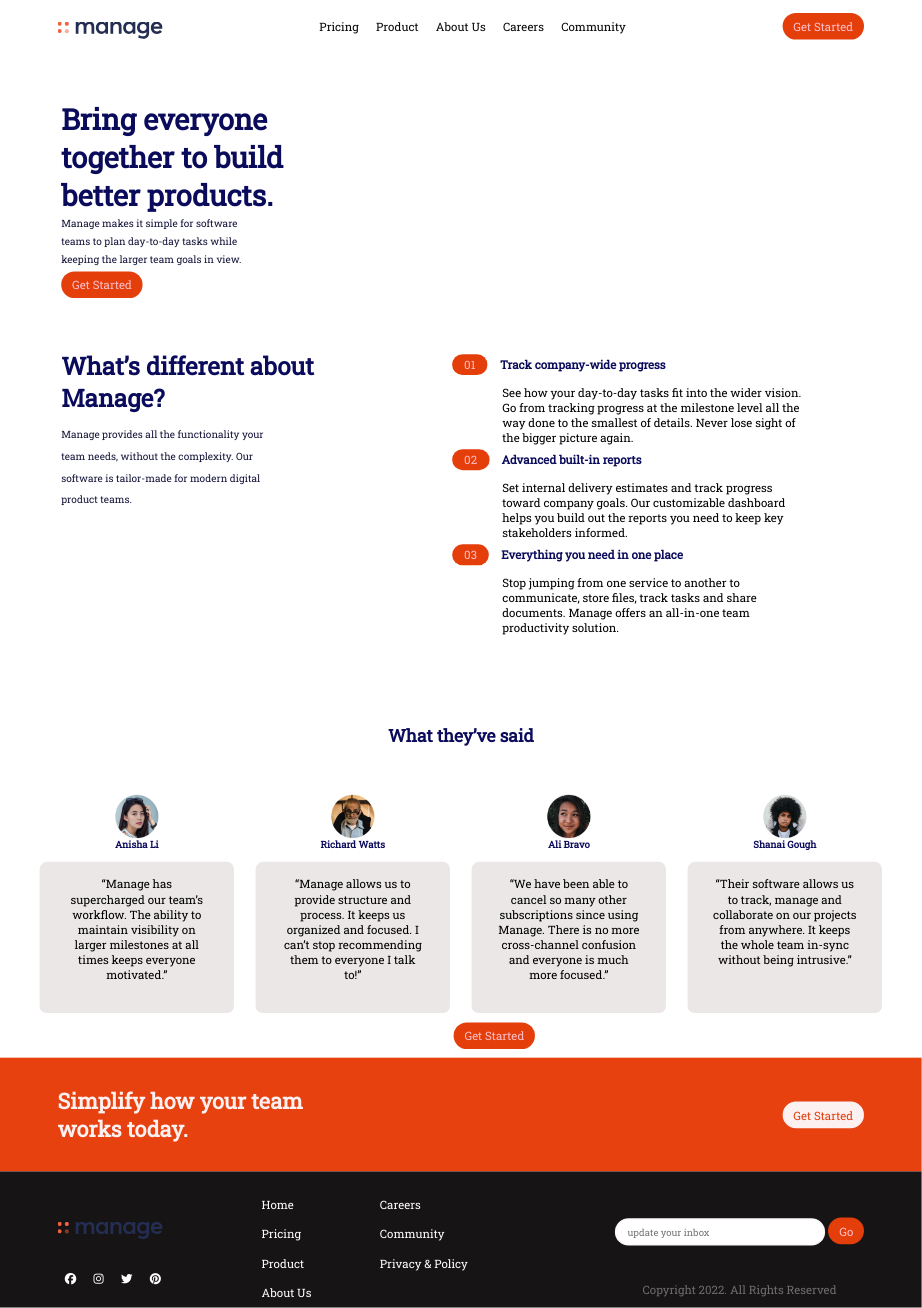
Repository: Gozo101/Black-Skin-Brother
Page: Nov-Dec Projects/manage-landing-page-master/manage-landing-page-master/index.html
The author's editor kept a copy of each file at every save. The page is drawn from the files as they stood at one save, then again after the next save.
The browser window is 1280 px wide. The pictures show the whole page, at 72% of full size.
Some web libraries are served in a nearby version.

Above is the page before, as saved 2024-01-11 11:40:13.

### Nov-Dec Projects/manage-landing-page-master/manage-landing-page-master/index.html
<!DOCTYPE html>
<html lang="en">
<head>
  <meta charset="UTF-8">
  <meta http-equiv="X-UA-Compatible" content="IE=edge">
  <meta name="viewport" content="width=device-width, initial-scale=1.0">
  <script src="https://kit.fontawesome.com/8655d38ad2.js" crossorigin="anonymous"></script>
  <link rel="preconnect" href="https://fonts.googleapis.com">
<link rel="preconnect" href="https://fonts.gstatic.com" crossorigin>
<link href="https://fonts.googleapis.com/css2?family=Nunito&family=Poppins&family=Roboto+Slab&display=swap" rel="stylesheet">
<link rel="stylesheet" href="/manage-landing-page-master/style.css">
<title>Frontend Mentor | Manage landing page</title>
</head>
<body>

  <div class="body">

    <nav>
      <div class="logo">
        <img src="./images/logo.svg" alt="" style="padding-top: 15px; cursor: pointer;">
      </div>

      <ul>
        <li><a href="#">Pricing</a></li>
        <li><a href="#">Product</a></li>
        <li><a href="#">About Us</a></li>
        <li><a href="#">Careers</a></li>
        <li><a href="#">Community</a></li>
      </ul>

      <a class="button" href="#">Get Started</a>
    </nav>

    <div class="statistics">
      <h3>Bring everyone<br>together to build<br>better products.</h3>
      <p>Manage makes it simple for software teams to plan day-to-day
        tasks while keeping the larger team goals in view.</p>

      <a class="button" href="#">Get Started</a>
    </div>

  <div class="middle">
    <div class="manage">
      <h3>What’s different about Manage?</h3>
    <p id="manage">Manage provides all the functionality your team needs, without
      the complexity. Our software is tailor-made for modern digital
      product teams.</p>
    </div>



    <div id="span">
    <span>01</span>
      <h4>Track company-wide progress</h4>
      <p>See how your day-to-day tasks fit into the wider vision. Go from
      tracking progress at the milestone level all the way done to the
      smallest of details. Never lose sight of the bigger picture again.</p>
    <span>02</span>
      <h4>Advanced built-in reports</h4>
      <p>Set internal delivery estimates and track progress toward company
      goals. Our customizable dashboard helps you build out the reports
      you need to keep key stakeholders informed.</p>
    <span>03</span>
      <h4>Everything you need in one place</h4>
      <p>Stop jumping from one service to another to communicate, store files,
      track tasks and share documents. Manage offers an all-in-one team
      productivity solution.</p>
    </div>
  </div>

  <div class="testimonial">
      <h2>What they’ve said</h2>

      <div class="box">
        <div class="card">
          <img src="./images/avatar-anisha.png" alt="">
          <h5>Anisha Li</h5>
          <div class="review">
            <p>“Manage has supercharged our team’s workflow. The ability to maintain
              visibility on larger milestones at all times keeps everyone motivated.”
            </p>
          </div>
        </div>

        <div class="card">
          <img src="./images/avatar-richard.png" alt="">
          <h5>Richard Watts</h5>
          <div class="review">
            <p>“Manage allows us to provide structure and process. It keeps us organized
              and focused. I can’t stop recommending them to everyone I talk to!”</p>
          </div>
        </div>

        <div class="card">
          <img src="./images/avatar-ali.png" alt="">
          <h5>Ali Bravo</h5>
          <div class="review">
            <p>“We have been able to cancel so many other subscriptions since using
              Manage. There is no more cross-channel confusion and everyone is much
              more focused.”</p>
          </div>
        </div>

        <div class="card">
          <img src="./images/avatar-shanai.png" alt="">
          <h5>Shanai Gough</h5>
          <div class="review">
            <p>“Their software allows us to track, manage and collaborate on our projects
              from anywhere. It keeps the whole team in-sync without being intrusive.”</p>
          </div>
        </div>
      </div>
      <div id="btn">
      <a class="button" href="#">Get Started</a>
    </div>
    </div>



  </div>
  <section>
    <h3>Simplify how your team <br> works today.</h3>
    <a class="button" id="white" href="#">Get Started</a>
  </section>

  <footer>
    <div class="all">
    <div class="logo">
      <img id="logo" src="./images/logo.svg" alt="">


    <div class="socials">
      <ul>
        <li class="media"><a  href="#"><i class=" fa-brands fa-facebook"></i></a></li>
        <li class="media"><a  href="#"><i class="fa-brands fa-instagram"></i></a></li>
        <li class="media"><a  href="#"><i class="fa-brands fa-twitter"></i></a></li>
        <li class="media"><a  href="#"><i class="fa-brands fa-pinterest"></i></a></li>
      </ul>
    </div>
  </div>

    <div class="items">
    <div class="list">
      <ul>
        <li><a href="#">Home</a></li>
        <li><a href="#">Pricing</a></li>
        <li><a href="#">Product</a></li>
        <li><a href="#">About Us</a></li>
      </ul>
    </div>

    <div class="list">
      <ul>
        <li><a href="#">Careers</a></li>
        <li><a href="#">Community</a></li>
        <li><a href="#">Privacy & Policy</a></li>
      </ul>
    </div>
  </div>

   <div class="email-go">
    <input type="email" name="" id="email" placeholder="update your inbox">
    <a class="button" href="#">Go</a>
    <br>
    <p>Copyright 2022. All Rights Reserved</p>
  </div>


  </div>
  </footer>
</body>
</html>

### Nov-Dec Projects/manage-landing-page-master/style.css
*{
  font-family: 'Roboto Slab', serif;
  padding: 0;
  margin: 0;
}

.body{
  padding-left: 80px;
  padding-right: 80px;
}

nav ul li{
  list-style-type: none;
  display: inline;
  padding: 10px;
}

nav ul li a{
  color: rgb(7, 7, 7);
  text-decoration:none;
}

nav ul li a:hover{
  color: #f900fd;
  transition: .4s;
}

nav{
  align-items: center;
  display: flex;
  justify-content: space-between;
  padding-top: 15px;
}

.button{
  text-decoration: none;
  color: pink;
  background-color: rgb(228, 62, 11);
  padding: 8px;
  padding-left: 15px;
  padding-right: 15px;
  border-radius: 35px;
  transition: 6s;
}

.statistics{
  padding-left: 5px;
  padding-bottom: 80px;
  padding-top: 80px;
  width: 100%;
  /*border: 5px solid red;*/
}

.statistics h3{
  font-size: 2.5em;
  color: rgb(11, 11, 92);
}

.statistics p{
  padding-bottom: 13px;
  line-height: 25px;
  color: rgb(21, 21, 59);
  font-size: 14px;
  width: 23%;
  overflow-wrap: break-word;
}

.middle{
  width: 100%;
  /*border: 5px solid red;*/
  padding-left: 5px;
  height: 520px;
  display: flex;
}

.manage{
  /*border: 5px solid red;*/
  width: 48%;
}

.middle h3{
  font-size: 2.1em;
  color: rgb(11, 11, 92);
  width: 75%;
  padding-bottom: 15px;
}

#manage{
  width: 55%;
  line-height: 30px;
  color: rgb(21, 21, 59);
  padding-bottom: 20px;
  font-size: 14px;
}


#span{
  width: 50%;
  /*border: red 5px solid;*/
  padding-left: 5px;
  /*float: right;*/
}

span{
  color: pink;
  background-color: rgb(228, 62, 11);
  padding: 4px 17px;
  border-radius: 35px;
  white-space: nowrap;
}

#span h4{
  display: inline-block;
  padding-left: 13px;
  color: rgb(11, 11, 92);
  padding-bottom: 17px;
  padding-top: 10px;
}

#span p{
  padding-left: 70px;
  width: 75%;
  overflow-wrap: break-word;
}

.testimonial h2{
  color: rgb(11, 11, 92);
  text-align: center;
  padding-bottom: 60px;
}

.testimonial h5{
  color: rgb(11, 11, 92);
  text-align: center;
}

.testimonial .box{
  display: flex;
  justify-content: center;
  align-items: center;
  min-height: 330px;
}

.card img{
  width: 60px;
  display: flex;
  align-items: center;
  justify-content: center;
  padding-left :120px;
}

.testimonial .review{
  background: rgb(235, 231, 231);
  height: 170px;
  width: 200px;
  padding: 20px 35px;
  border-radius: 10px;
  margin: 15px;
  text-align: center;
}

.testimonial #btn{
  padding-left: 550px;
}

section{
  align-items: center;
  display: flex;
  justify-content: space-between;
  background-color: rgb(230, 65, 15);
  padding: 40px 80px;
  margin-top: 20px;
}

section h3{
  font-size: 30px;
  color:  rgb(252, 240, 240);;
}

section #white{
  color: rgb(228,62,11);
  background-color: rgb(252, 240, 240);
}


footer .socials .media{
  list-style-type: none;
  display: inline;
  padding: 10px;
}

footer .socials .media a{
  color: white;
}



footer .items .list ul li{
  list-style-type: none;
  display: block;
  padding: 10px;
}

footer .items .list ul li a{
  text-decoration: none;
  color: white;
}

footer .items{
  display: flex;
  justify-content: space-between;
  padding-top: 25px;
}

footer .list{
  padding-right: 75px;
}

footer #email{
  display: inline;
  padding: 8px 100px 8px 15px;
  border: 2px solid #faf7f8;
  outline: none;
  border-radius: 30px;
}

footer p{
  padding-top: 50px;
  text-align: center;
  color: #f5f5f565;
}

footer .email-go{
  padding-top: 50px;
}

/*footer .hold p{
padding-bottom: 50px;
}*/

.all{
  align-items: center;
  display: flex;
  justify-content: space-between;
}

footer{
  background-color: rgb(22, 20, 20);
  color: white;
  padding: 0 80px;

}

footer img{
  padding-top: 40px;
  padding-bottom: 40px;
}






@media only screen and (max-width: 768px) {
  /* For mobile phones: */
  body{
    font-size: 16px;
  }

  nav ul, nav a{
    visibility: hidden;
  }

  .statistics {
    display: block;
    align-items: center;
    justify-content: center;
}

.statistics h3{
  width: 60%;
  border: red solid 2px;
  text-align: center;
  align-items: center;
}

.statistics p{
  width: 45%;
  padding-left: 30px;
  word-wrap: break-word;
  border: red solid 2px;
  word-spacing: 2px;
}

.middle{
  display: flex;
  flex-direction: column;
  border: red solid 2px;

}

.manage{
  /* width: 75%; */
}
#manage{
/* width: 70%; */
}

#span{
  width: 100%;
}

#span h4{
  background-color: rgb(236, 209, 209);
  width: 84%;
  padding: 4px 17px;
}

section{
  align-items: center;
  display: block;
}

section h3{
  width: 44%;
  padding-bottom: 20px;
  align-items: center;
}

footer{
  display: block;
}

/*  .statistics {
    align-items: center;
    justify-content: center;
}

  .statistics h3{
    width: 100%;
    font-size: 27px;
  }

  .statistics p{
    width: 150%;
    font-size: 18px;
  }
*/


}

After the next save:
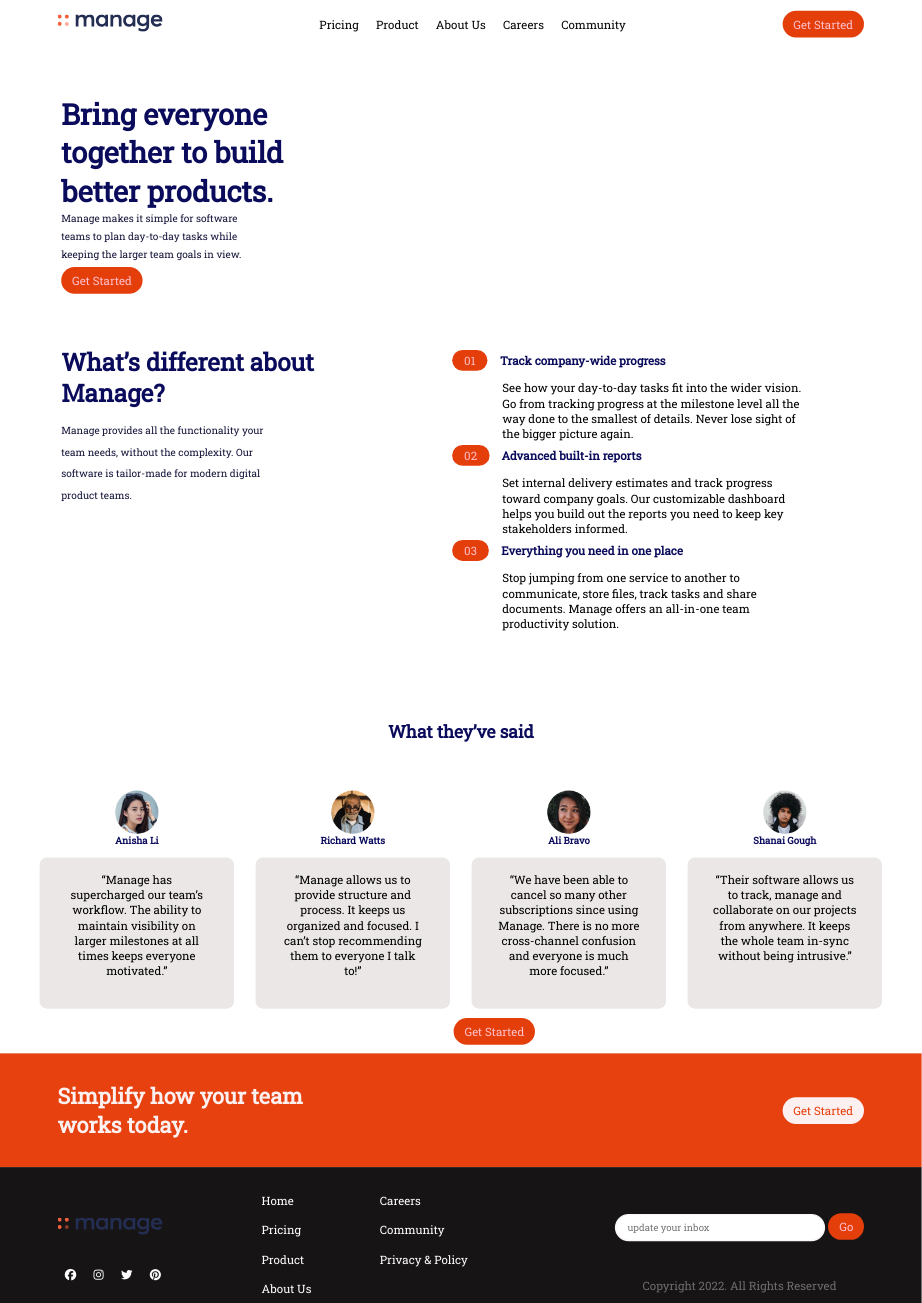
Saved 107 s later.
--- a/Nov-Dec Projects/manage-landing-page-master/manage-landing-page-master/index.html
+++ b/Nov-Dec Projects/manage-landing-page-master/manage-landing-page-master/index.html
@@ -17,7 +17,7 @@
 
     <nav>
       <div class="logo">
-        <img src="./images/logo.svg" alt="" style="padding-top: 15px; cursor: pointer;">
+        <img src="./images/logo.svg" alt="" >
       </div>
 
       <ul>

After the save that followed:
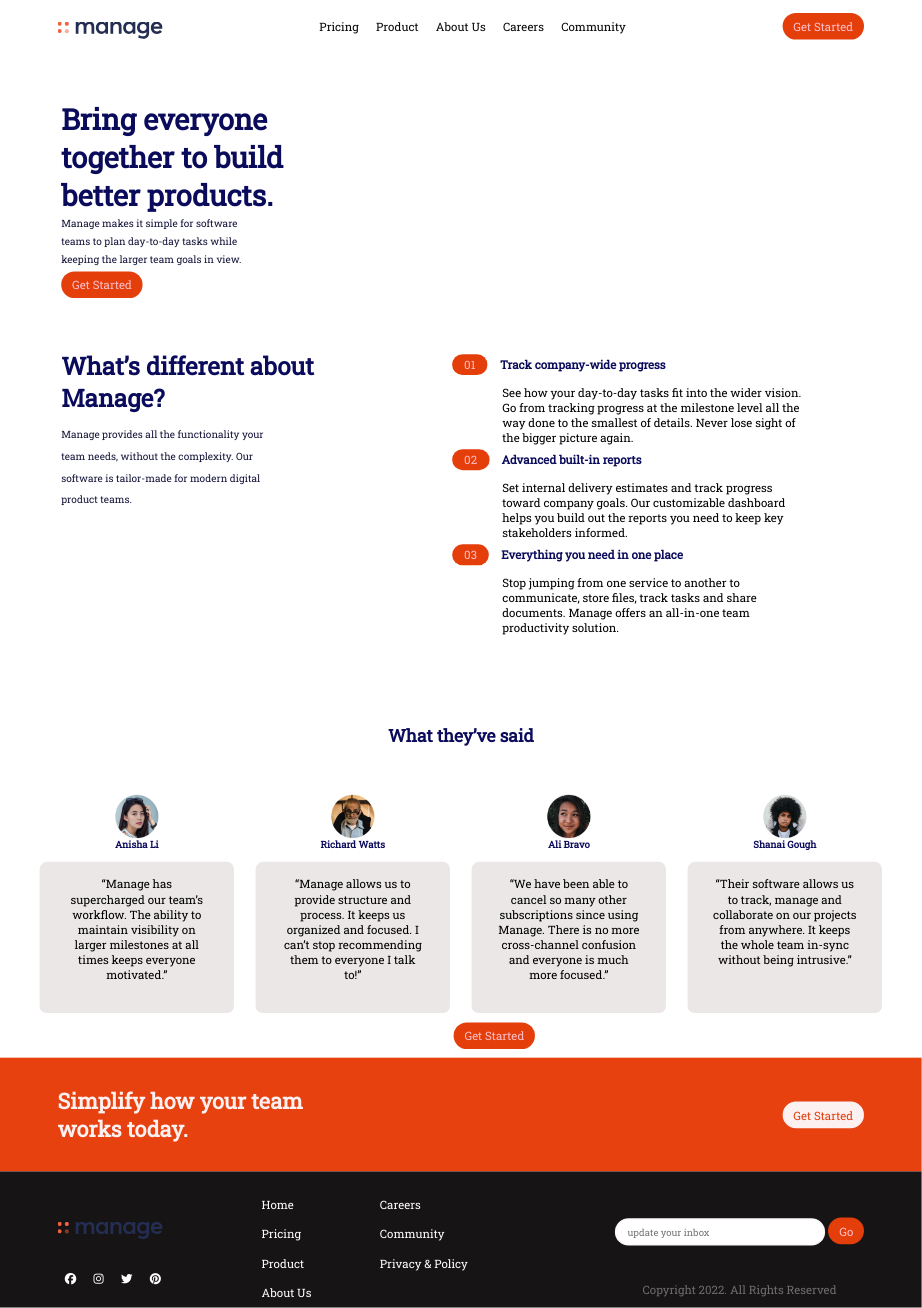
Saved 9 s later.
--- a/Nov-Dec Projects/manage-landing-page-master/manage-landing-page-master/index.html
+++ b/Nov-Dec Projects/manage-landing-page-master/manage-landing-page-master/index.html
@@ -17,7 +17,7 @@
 
     <nav>
       <div class="logo">
-        <img src="./images/logo.svg" alt="" >
+        <img src="./images/logo.svg" alt="" style="padding-top: 15px; cursor: pointer;">
       </div>
 
       <ul>
